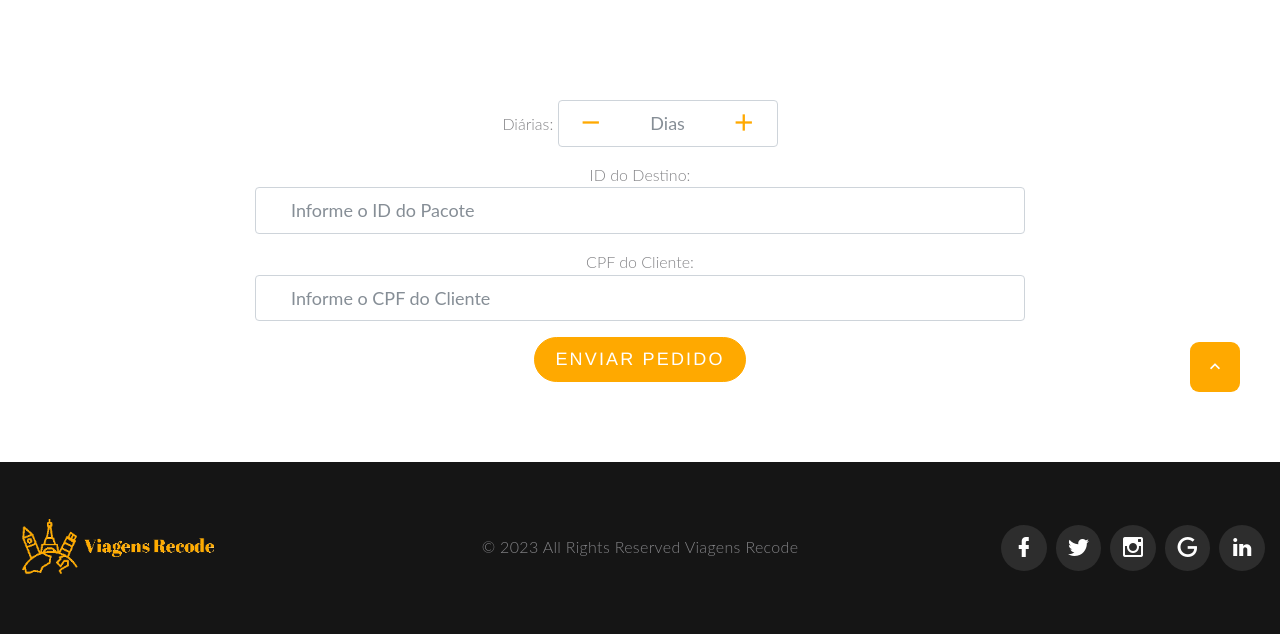
Repository: LiraS23/RecodePro2023-Modulo-4
Page: http://localhost/Modulo4/editarPedido.jsp
These files come from the project's save history. The page is drawn as it stood at one moment and after the next save; the edit follows.
The browser window is 1280 px wide. The pictures show the part of the page from y = 388 to 1022 px (the page is 1022 px tall).
Some web fonts or font styles are not loaded; a fallback is used. The page is served by Tomcat 10.

Above is the page before, as saved 2023-11-03 20:00:50.

After the next save:
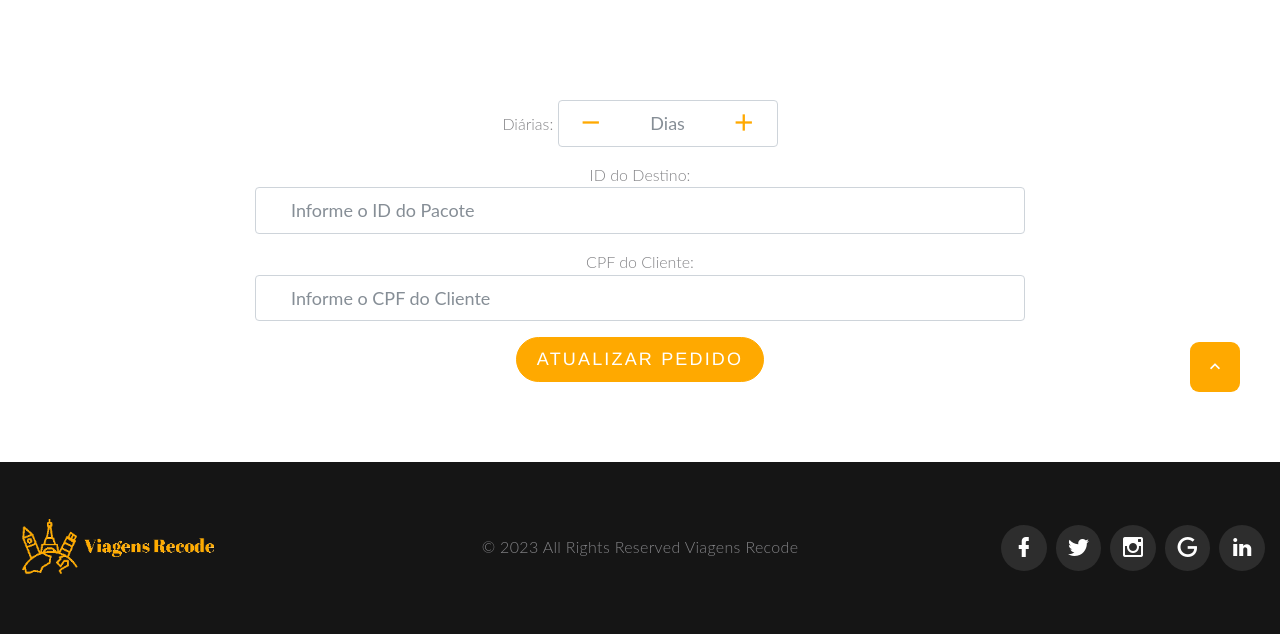
Saved 9 s later.
--- a/java/Modulo4/src/main/webapp/editarPedido.jsp
+++ b/java/Modulo4/src/main/webapp/editarPedido.jsp
@@ -106,7 +106,7 @@
 									name="fk_cliente_cpf" placeholder="Informe o CPF do Cliente"
 									required>
 							</div>
-							<button type="submit" class="btn btn-primary">Enviar
+							<button type="submit" class="btn btn-primary">Atualizar
 								Pedido</button>
 						</form>
 					</div>
